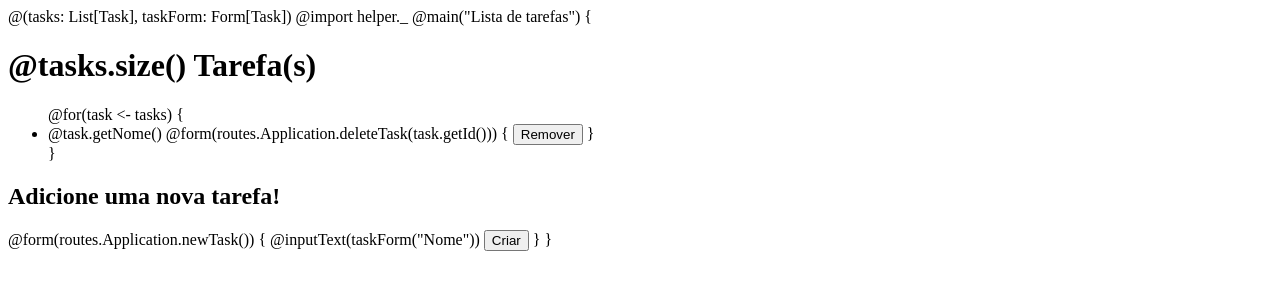
Repository: lcavalcante/si1
Page: lab2/.target/views/index.scala.html
An editor plug-in stored every save of this project. The page is shown before and after the next save, followed by the edit.
The browser window is 1280 px wide. The pictures show the whole page.

Above is the page before, as saved 2013-11-26 23:56:11.

After the next save:
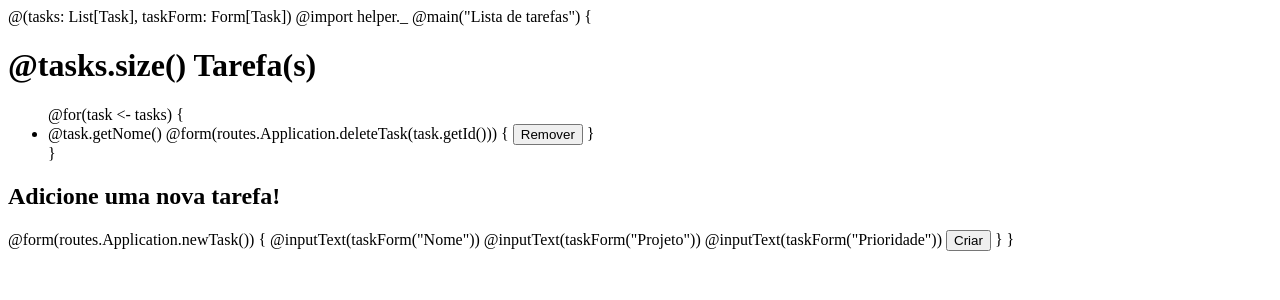
Saved 81 s later.
--- a/lab2/.target/views/index.scala.html
+++ b/lab2/.target/views/index.scala.html
@@ -23,6 +23,8 @@
     @form(routes.Application.newTask()) {
 
         @inputText(taskForm("Nome"))
+        @inputText(taskForm("Projeto"))
+        @inputText(taskForm("Prioridade"))
 
         <input type="submit" value="Criar">
 
